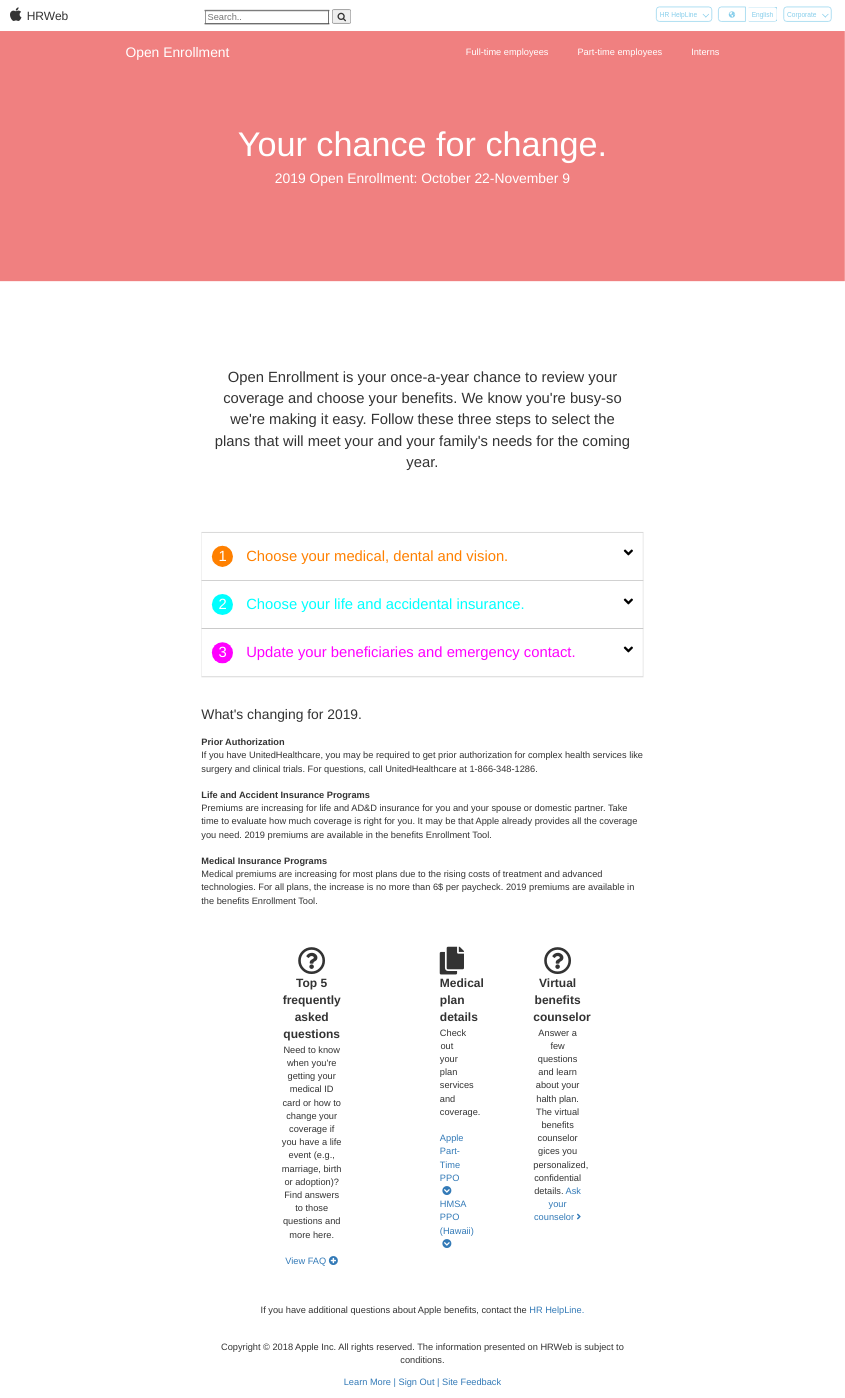
Repository: rmcc0724/templates
Page: index.html
The author's editor kept a record of every edit. The page is drawn from the files as they stood at one moment, then again after the next edit.
The browser window is 1280 px wide. The pictures show the whole page, at 66% of full size.
Some web libraries are served in a nearby version.

Above is the page before.

After the next edit:
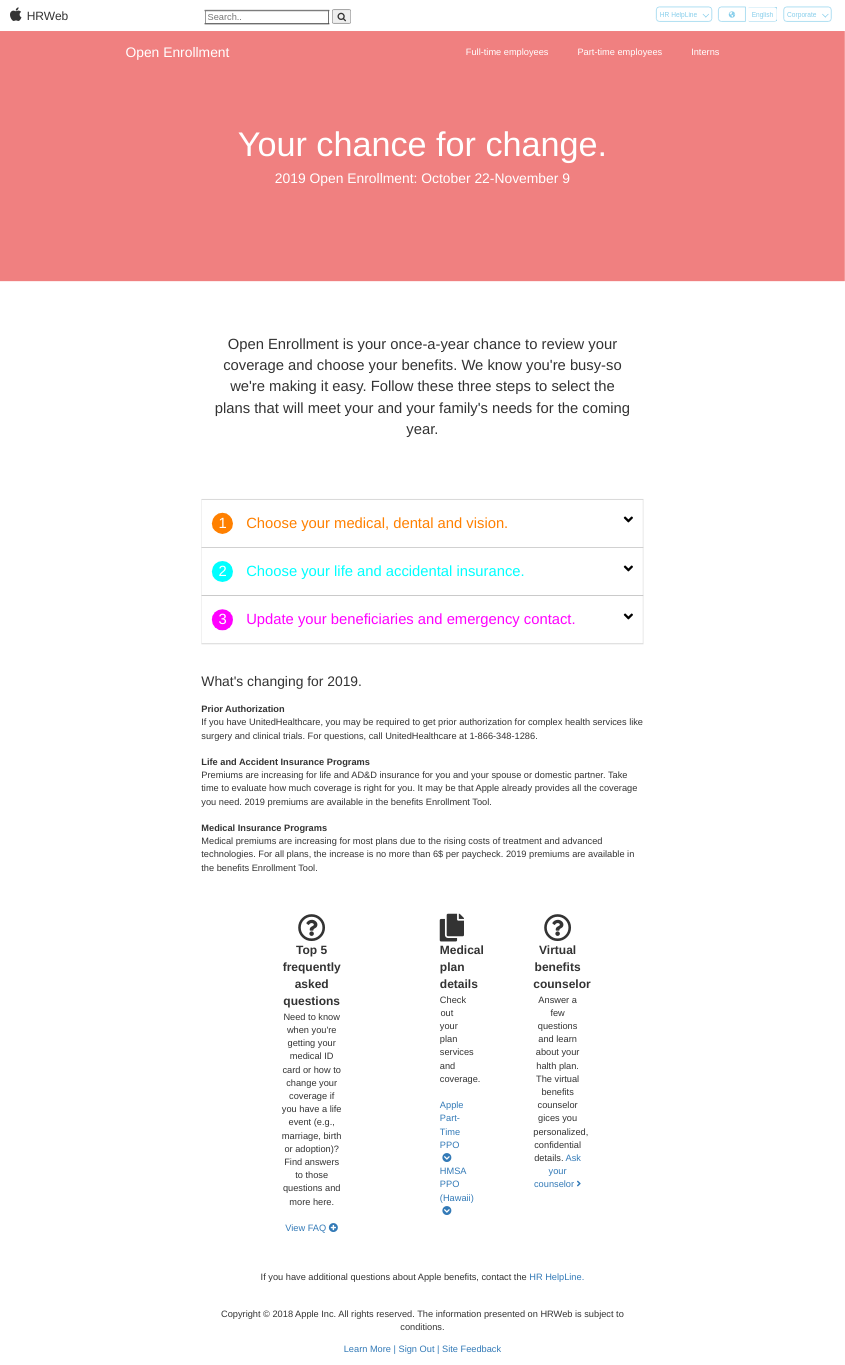
The edit:
--- a/css/style.css
+++ b/css/style.css
@@ -4,7 +4,7 @@
 
 .container {
     max-width: 700px;
-    padding-top: 50px;
+    padding-top: 0px;
 }
 
 /************************************************/
